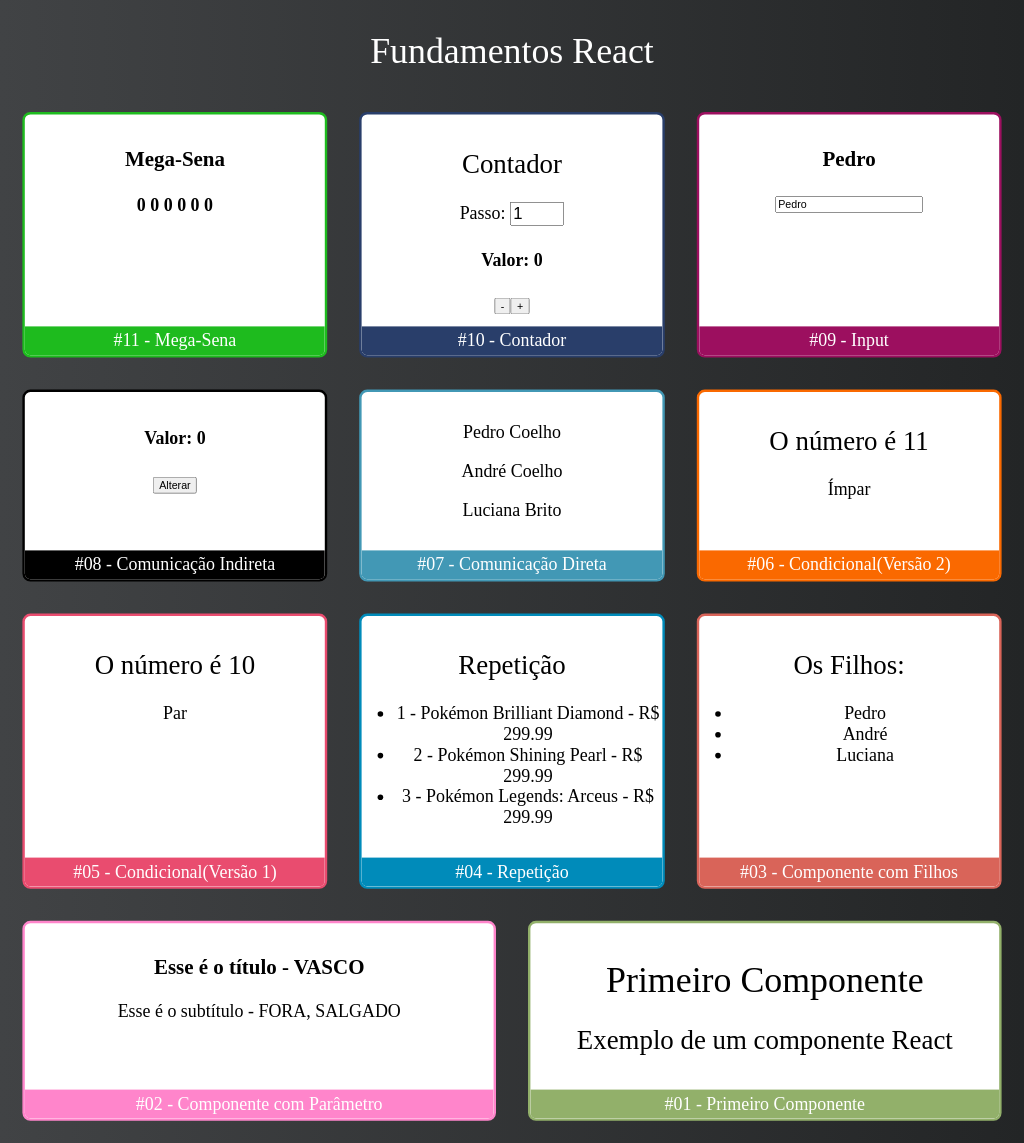
Repository: PedroHQCoelho/fundamentos-react
Page: /
These files come from the project's save history. The page is drawn as it stood at one moment and after the next save; the edit follows.
The browser window is 1280 px wide. The pictures show the whole page, at 80% of full size.
The project was rebuilt for these pictures with package versions that can differ from the ones it lists, and the page was loaded fresh each time.

Above is the page before, as saved 2021-12-16 19:13:32.

After the next save:
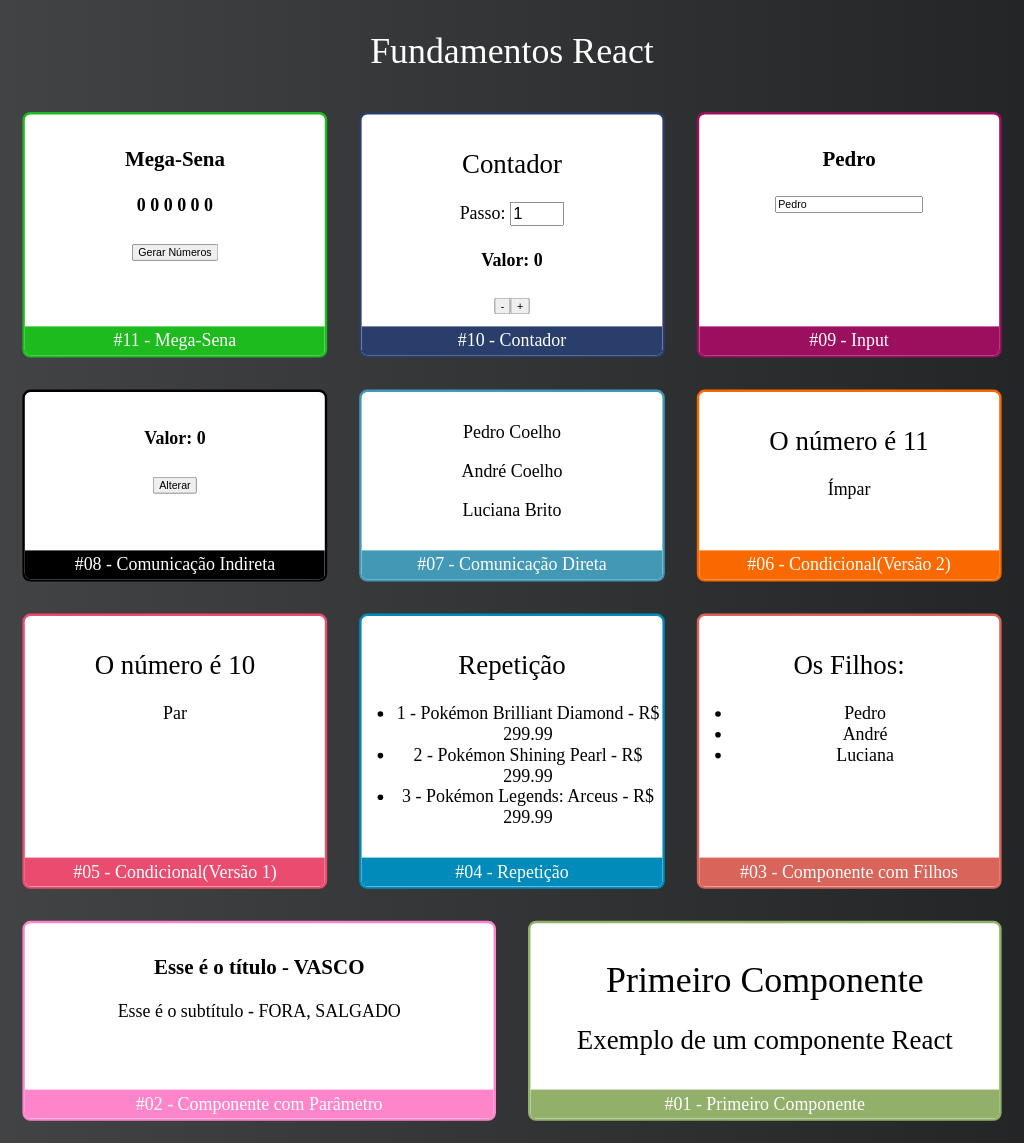
Saved 15 min 38 s later.
--- a/src/components/mega/Mega.jsx
+++ b/src/components/mega/Mega.jsx
@@ -2,10 +2,16 @@ import React, { useState } from 'react'
 
 export default (props) =>{
     const [numeros, setNumeros] = useState(Array(props.qtdNumero).fill(0))
+
+    function gerarNumeros() {
+        setNumeros([1, 2, 3, 4, 5, 6])
+    }
+
     return (
     <>
         <h3>Mega-Sena</h3>
         <h4>{numeros.join(' ')}</h4>
+        <button onClick={gerarNumeros}>Gerar Números</button>
     </>
     );
 };
